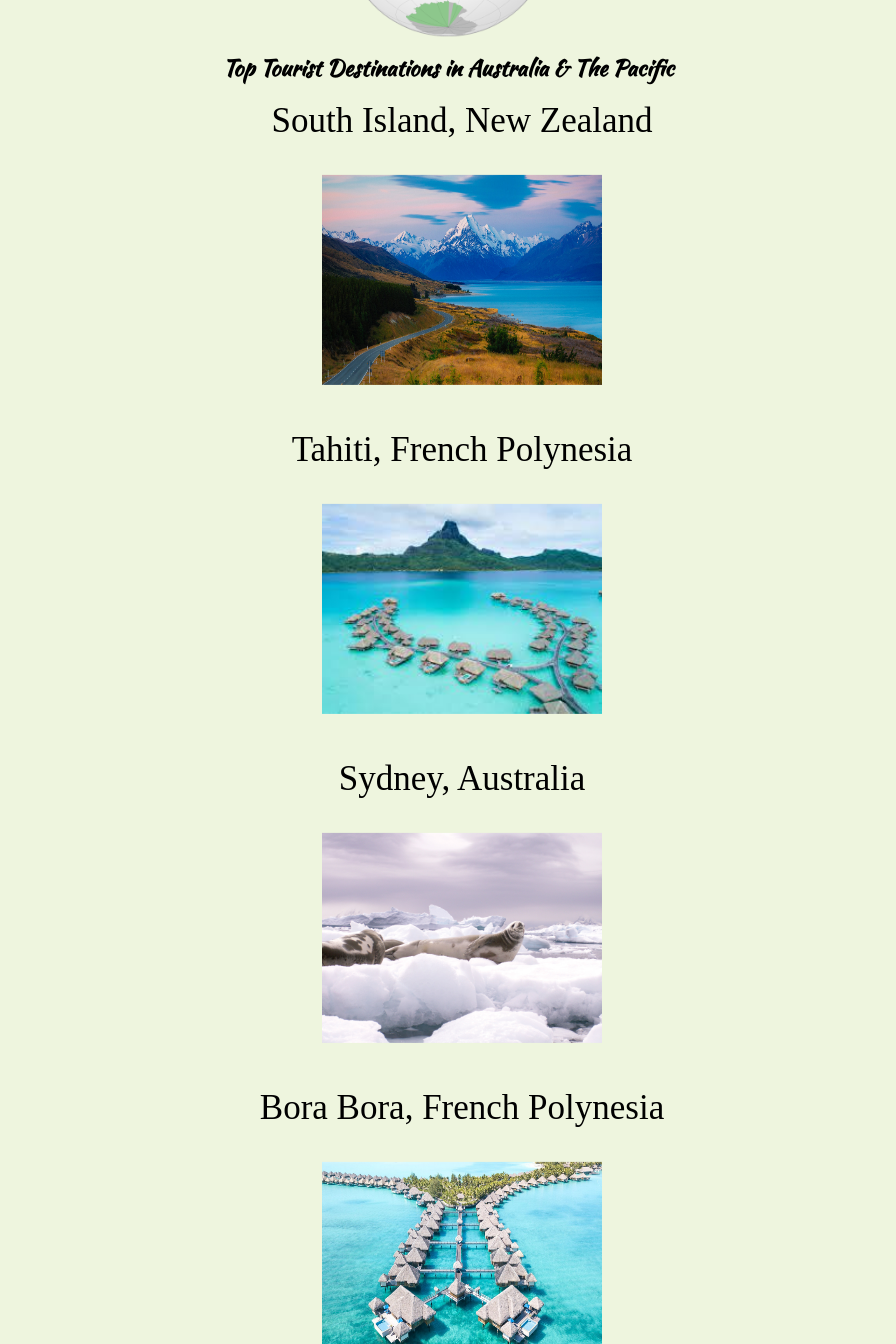
Repository: alharama/StaticWebsite
Page: au_page.html
The author's editor kept a copy of each file at every save. The page is drawn from the files as they stood at one save, then again after the next save.
The browser window is 1280 px wide. The pictures show the part of the page from y = 557 to 2477 px (the page is 3731 px tall before and 4731 px after), at 70% of full size.

Above is the page before, as saved 2021-09-30 01:33:53.

After the next save:
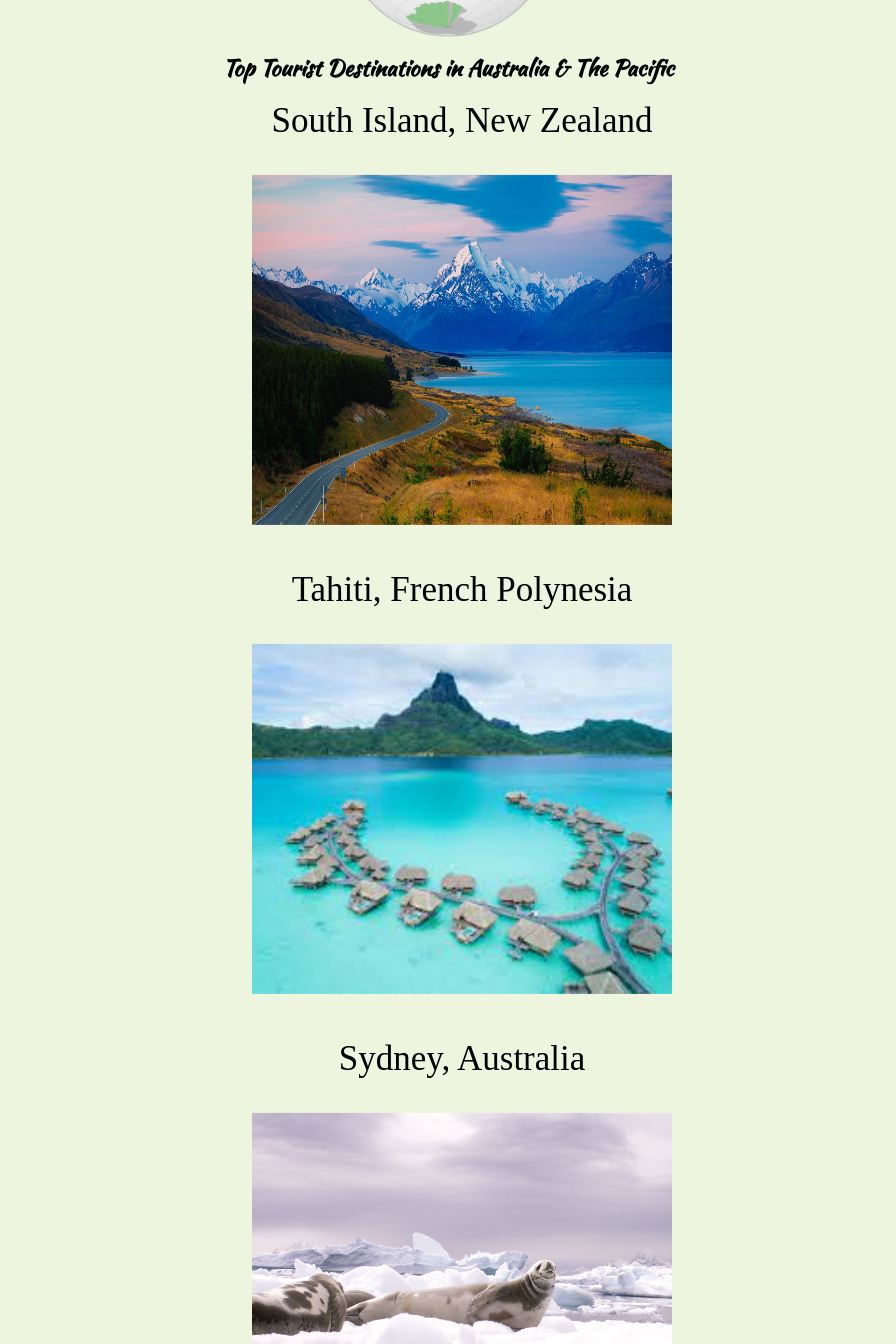
Saved 1 s later.
--- a/StyleSheet.css
+++ b/StyleSheet.css
@@ -73,8 +73,8 @@ body{
 
 
 .dest {
-    width: 400px;
-    height: 300px;
+    width: 600px;
+    height: 500px;
     padding: 50px;
 }
 
